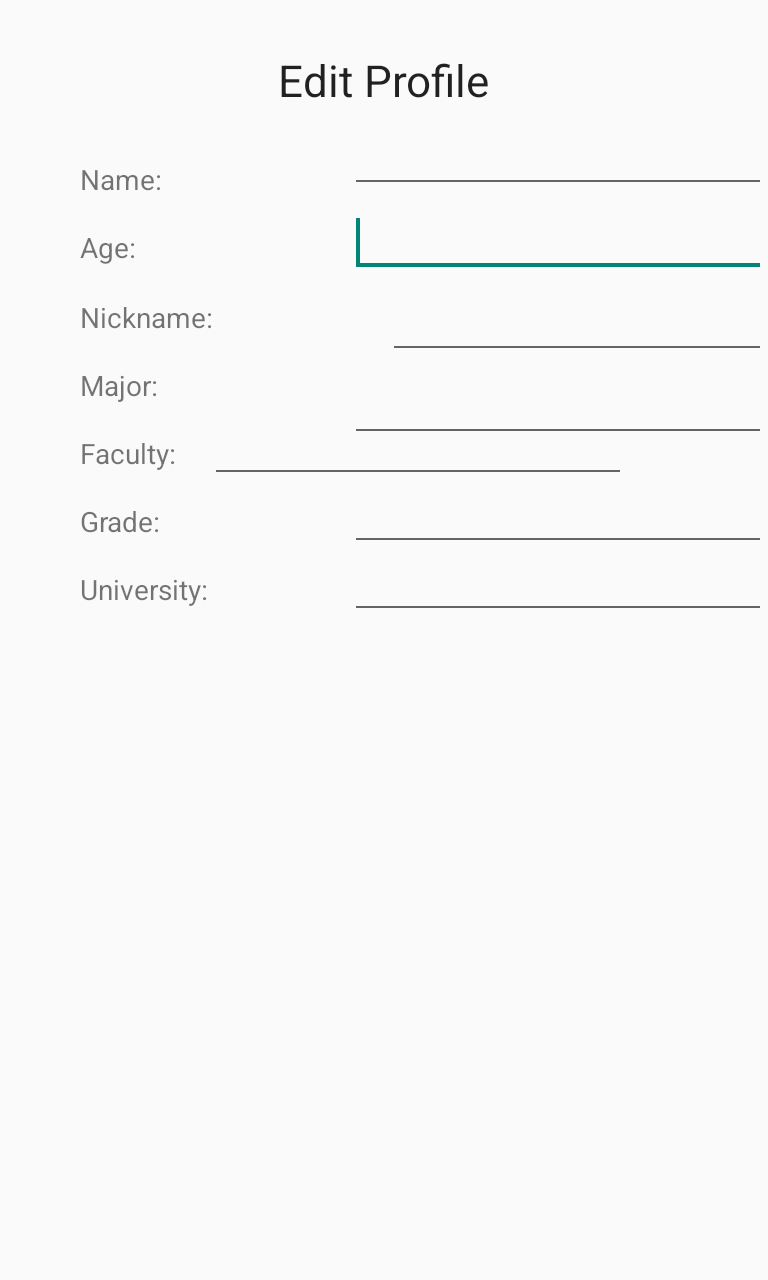
Repository: Android55410599/PROFILE
Layout: Resume_55410559/res/layout/resume.xml
These files come from the project's save history. The layout is drawn as it stood at one moment and after the next save; the edit follows.
It is drawn on a 768 x 1280 px phone screen (xhdpi) without system bars, with theme AppTheme; the app's code is not run.

Above is the layout before, as saved 2014-09-06 02:30:17.

### Resume_55410559/res/layout/resume.xml
<?xml version="1.0" encoding="utf-8"?>
<RelativeLayout xmlns:android="http://schemas.android.com/apk/res/android"
    android:layout_width="match_parent"
    android:layout_height="match_parent" >

	<TextView
	    android:id="@+id/Textview1"
	    android:layout_width="wrap_content"
	    android:layout_height="wrap_content"
	    android:layout_marginLeft="40dp"
	    android:layout_marginTop="80dp"
	    android:text="Name: " />

	<TextView
	    android:id="@+id/textView2"
	    android:layout_width="wrap_content"
	    android:layout_height="wrap_content"
	    android:layout_alignParentLeft="true"
	    android:layout_below="@+id/Textview1"
	    android:layout_marginLeft="40dp"
	    android:layout_marginTop="15dp"
	    android:text="Age:" />

	<TextView
	    android:id="@+id/textView3"
	    android:layout_width="wrap_content"
	    android:layout_height="wrap_content"
	    android:layout_alignLeft="@+id/textView2"
	    android:layout_below="@+id/textView2"
	    android:layout_marginTop="16dp"
	    android:text="Nickname:" />

	<TextView
	    android:id="@+id/textView4"
	    android:layout_width="wrap_content"
	    android:layout_height="wrap_content"
	    android:layout_alignParentLeft="true"
	    android:layout_below="@+id/textView3"
	    android:layout_marginLeft="40dp"
	    android:layout_marginTop="15dp"
	    android:text="Major:" />

	<TextView
	    android:id="@+id/textView5"
	    android:layout_width="wrap_content"
	    android:layout_height="wrap_content"
	    android:layout_alignParentLeft="true"
	    android:layout_below="@+id/textView4"
	    android:layout_marginLeft="40dp"
	    android:layout_marginTop="15dp"
	    android:text="Faculty:" />

	<TextView
	    android:id="@+id/textView6"
	    android:layout_width="wrap_content"
	    android:layout_height="wrap_content"
	    android:layout_alignParentLeft="true"
	    android:layout_below="@+id/textView5"
	    android:layout_marginLeft="40dp"
	    android:layout_marginTop="15dp"
	    android:text="Grade:" />

	<TextView
	    android:id="@+id/textView7"
	    android:layout_width="wrap_content"
	    android:layout_height="wrap_content"
	    android:layout_alignParentLeft="true"
	    android:layout_below="@+id/textView6"
	    android:layout_marginLeft="40dp"
	    android:layout_marginTop="15dp"
	    android:text="University:" />

	<TextView
	    android:id="@+id/textView8"
	    android:layout_width="wrap_content"
	    android:layout_height="wrap_content"
	    android:layout_alignParentTop="true"
	    android:layout_centerHorizontal="true"
	    android:layout_marginTop="25dp"
	    android:text="Edit Profile"
	    android:textAppearance="?android:attr/textAppearanceLarge" />

	<EditText
	    android:id="@+id/editText1"
	    android:layout_width="wrap_content"
	    android:layout_height="wrap_content"
	    android:layout_alignBottom="@+id/Textview1"
	    android:layout_alignParentRight="true"
	    android:ems="10"
	    android:inputType="textPersonName" />

	<EditText
	    android:id="@+id/editText3"
	    android:layout_width="wrap_content"
	    android:layout_height="wrap_content"
	    android:layout_alignLeft="@+id/editText2"
	    android:layout_below="@+id/editText2"
	    android:layout_marginLeft="19dp"
	    android:ems="10" />

	<EditText
	    android:id="@+id/editText2"
	    android:layout_width="wrap_content"
	    android:layout_height="wrap_content"
	    android:layout_alignParentRight="true"
	    android:layout_below="@+id/editText1"
	    android:ems="10" >

	    <requestFocus />
	</EditText>

	<EditText
	    android:id="@+id/editText4"
	    android:layout_width="wrap_content"
	    android:layout_height="wrap_content"
	    android:layout_alignParentRight="true"
	    android:layout_below="@+id/editText3"
	    android:ems="10" />

	<EditText
	    android:id="@+id/editText5"
	    android:layout_width="wrap_content"
	    android:layout_height="wrap_content"
	    android:layout_alignBaseline="@+id/textView5"
	    android:layout_alignBottom="@+id/textView5"
	    android:layout_toRightOf="@+id/textView7"
	    android:ems="10" />

	<EditText
	    android:id="@+id/editText6"
	    android:layout_width="wrap_content"
	    android:layout_height="wrap_content"
	    android:layout_alignBaseline="@+id/textView6"
	    android:layout_alignBottom="@+id/textView6"
	    android:layout_alignParentRight="true"
	    android:ems="10" />

	<EditText
	    android:id="@+id/editText7"
	    android:layout_width="wrap_content"
	    android:layout_height="wrap_content"
	    android:layout_alignBaseline="@+id/textView7"
	    android:layout_alignBottom="@+id/textView7"
	    android:layout_alignParentRight="true"
	    android:ems="10" />

</RelativeLayout>

Loaded but not shown: Resume_55410559/res/values/styles.xml (common file); Resume_55410559/res/values-v11/styles.xml (common file); Resume_55410559/res/values-v14/styles.xml (common file)

After the next save:
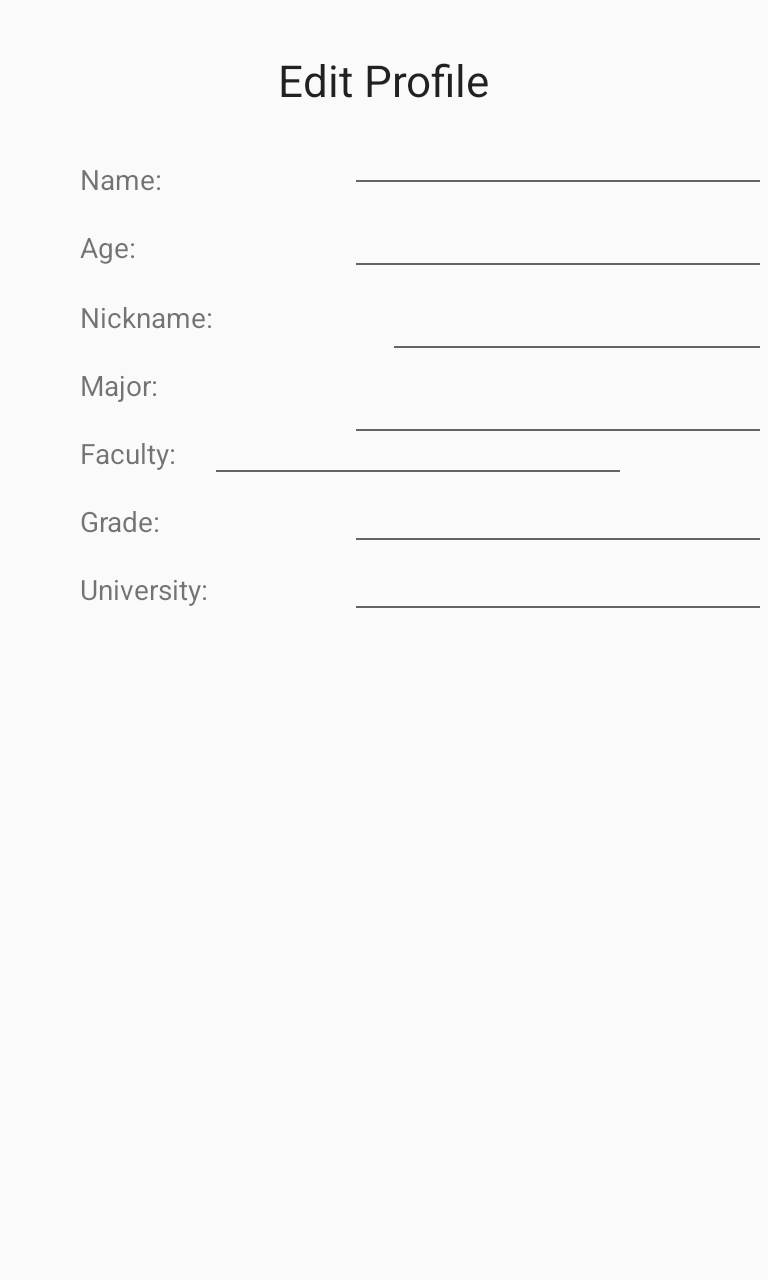
Saved 15 s later.
--- a/Resume_55410559/res/layout/resume.xml
+++ b/Resume_55410559/res/layout/resume.xml
@@ -106,7 +106,6 @@
 	    android:layout_below="@+id/editText1"
 	    android:ems="10" >
 
-	    <requestFocus />
 	</EditText>
 
 	<EditText
